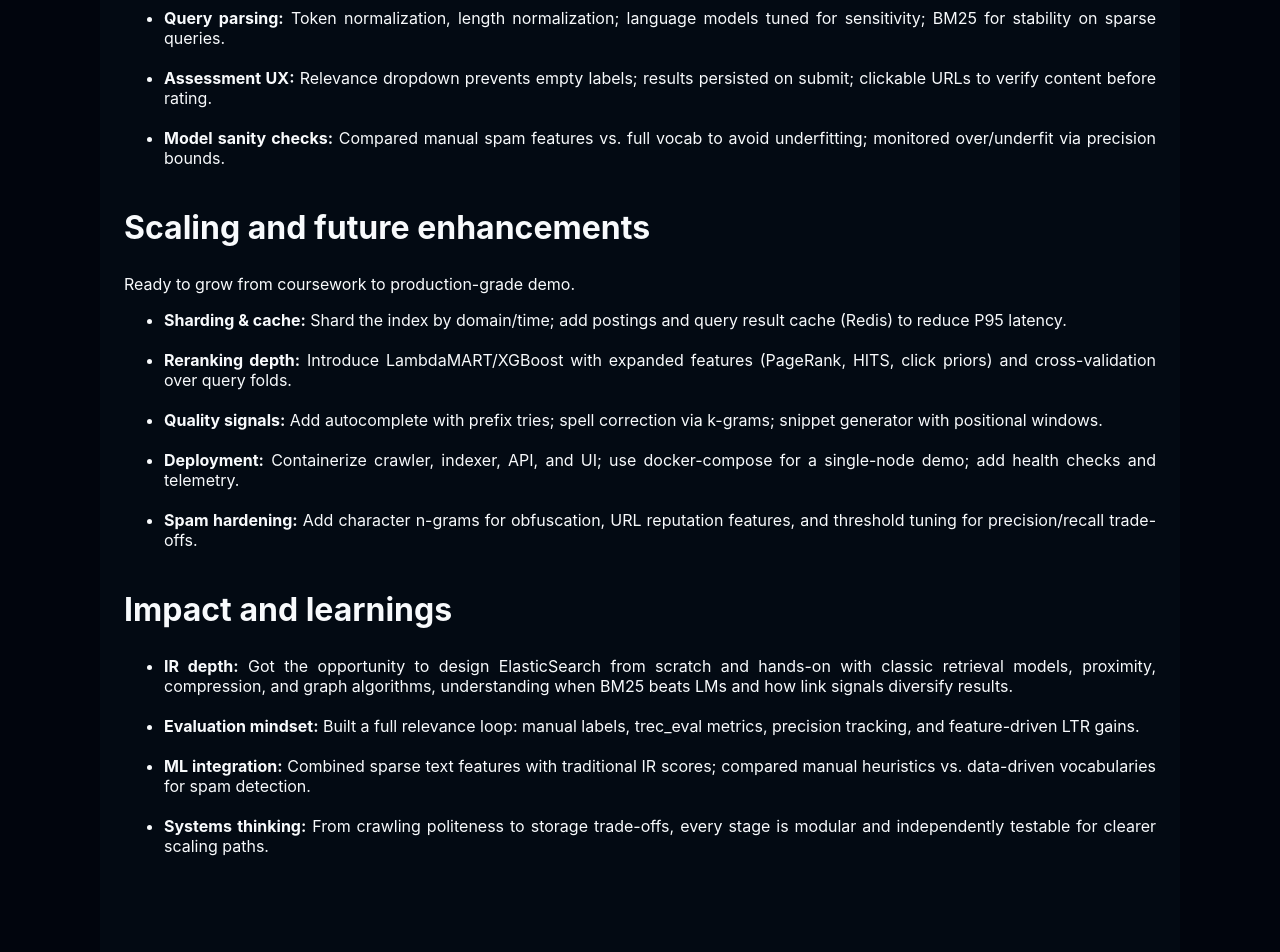
Repository: Abdulaziz-04/Abdulaziz-04.github.io
Page: deepdives/backend_systems/search_engine/search_engine.html
The author's editor kept a copy of each file at every save. The page is drawn from the files as they stood at one save, then again after the next save.
The browser window is 1280 px wide. The pictures show the part of the page from y = 3890 to 4842 px (the page is 4842 px tall before and 4822 px after).
A picture or video elsewhere on the page could not be fetched, so the positions and the page height are approximate.

Above is the page before, as saved 2025-11-21 18:17:32.

After the next save:
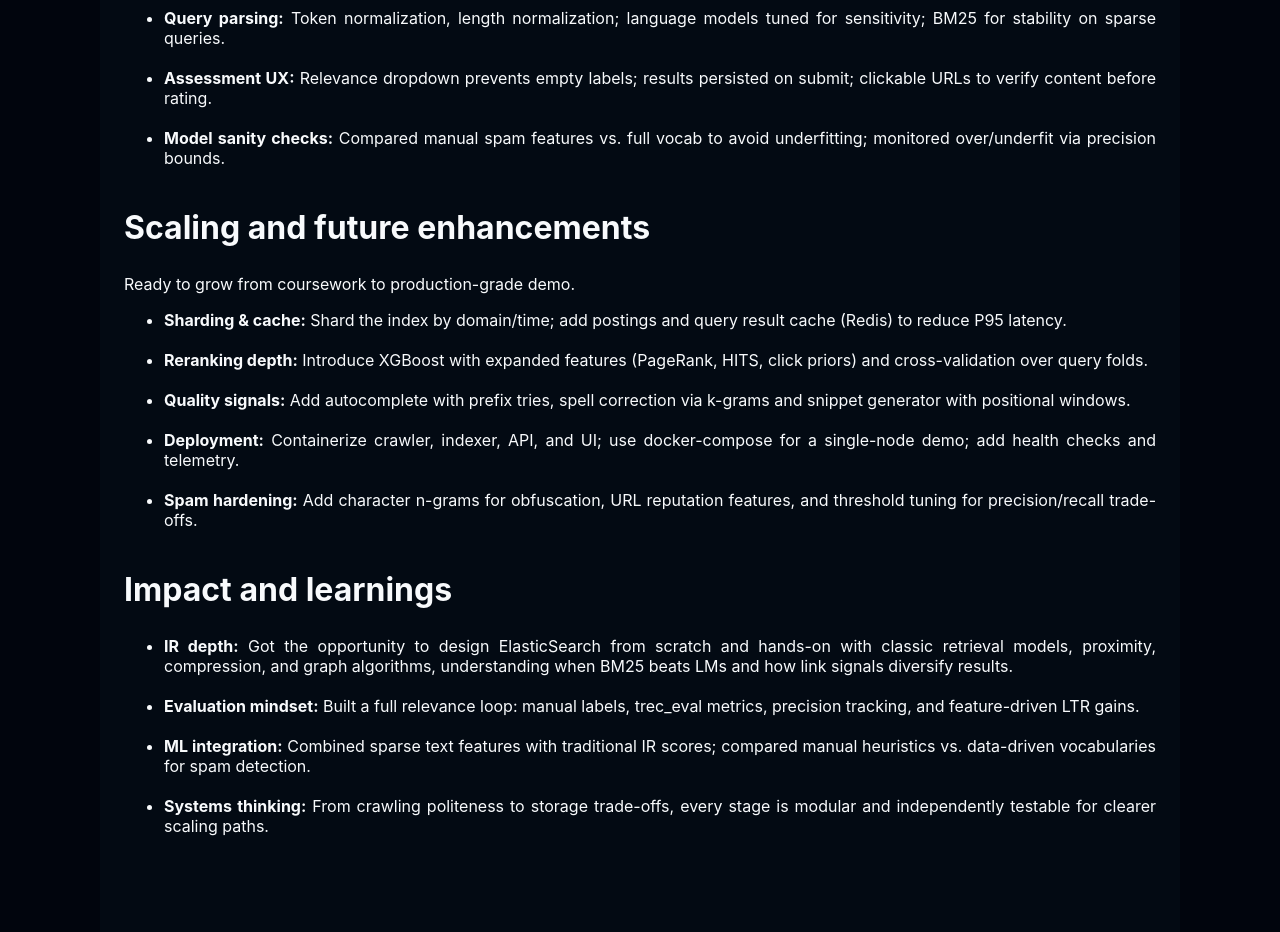
Saved 94 s later.
--- a/deepdives/backend_systems/search_engine/search_engine.html
+++ b/deepdives/backend_systems/search_engine/search_engine.html
@@ -362,13 +362,13 @@
           <br />
           <li>
             <b>Reranking depth:</b>
-            Introduce LambdaMART/XGBoost with expanded features (PageRank, HITS,
-            click priors) and cross-validation over query folds.
+            Introduce XGBoost with expanded features (PageRank, HITS, click
+            priors) and cross-validation over query folds.
           </li>
           <br />
           <li>
             <b>Quality signals:</b>
-            Add autocomplete with prefix tries; spell correction via k-grams;
+            Add autocomplete with prefix tries, spell correction via k-grams and
             snippet generator with positional windows.
           </li>
           <br />
